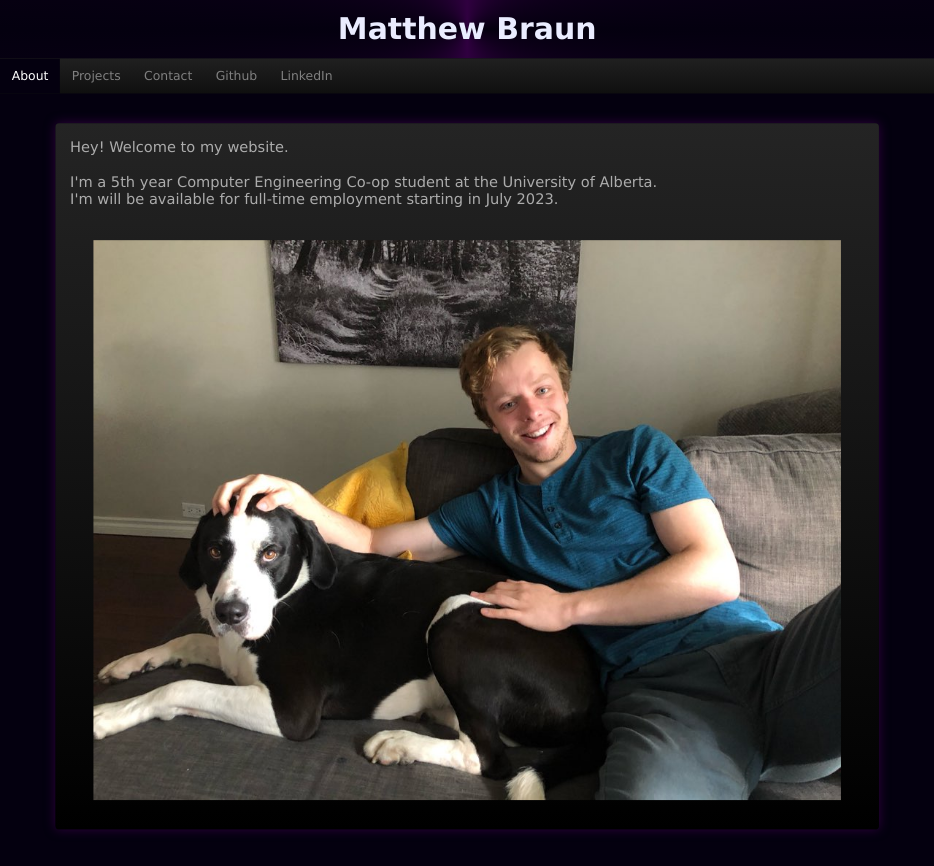
Repository: mjbraun95/MyPersonalWebsite
Page: http://localhost/
The author's editor kept a copy of each file at every save. The page is drawn from the files as they stood at one save, then again after the next save.
The browser window is 1280 px wide. The pictures show the whole page, at 73% of full size.
The page is run by PHP 8.4 with error messages shown; the project is at /var/www/html/.

Above is the page before, as saved 2023-06-19 18:16:32.

After the next save:
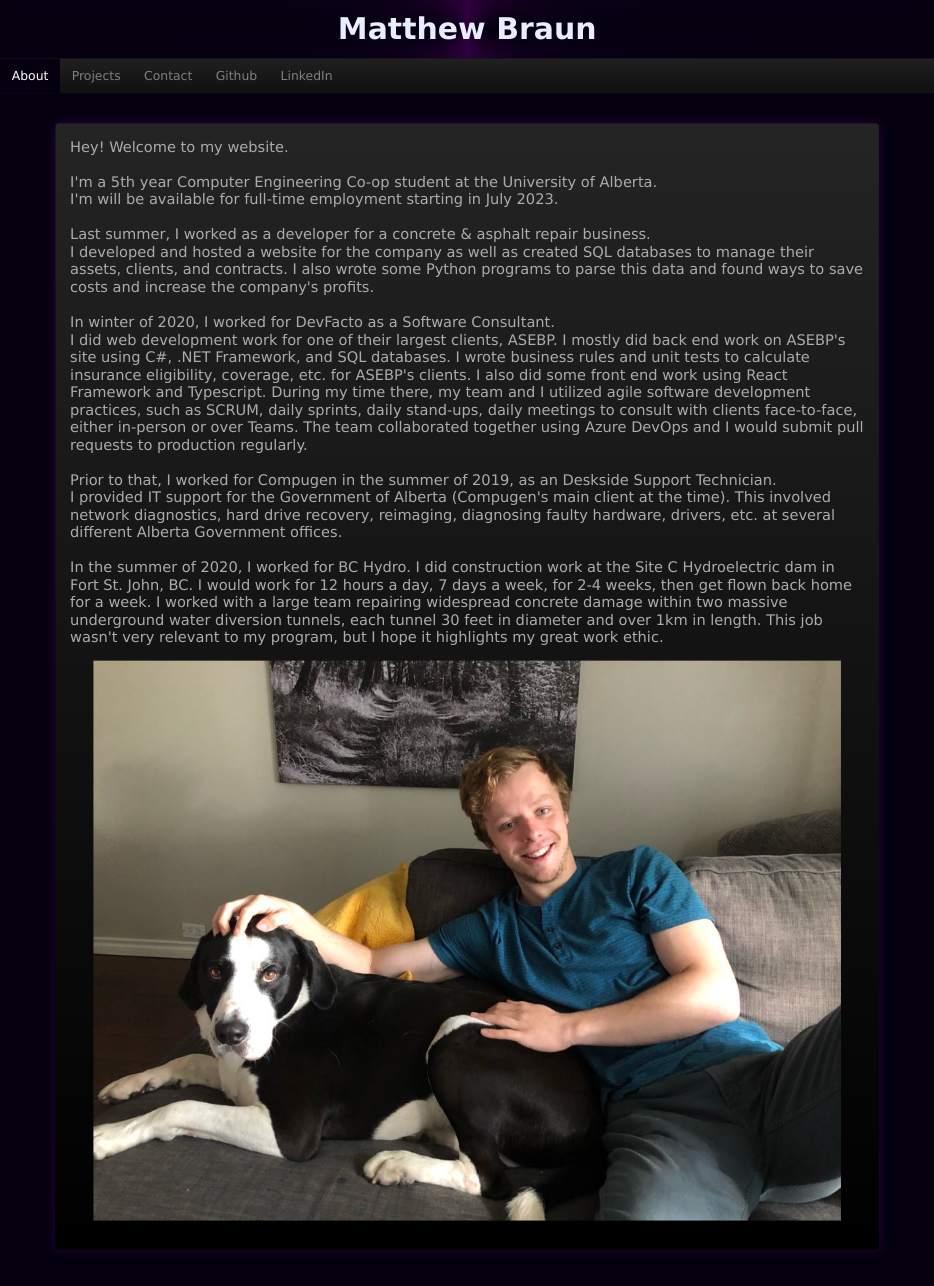
Saved 4 days later.
--- a/html/index.php
+++ b/html/index.php
@@ -23,7 +23,7 @@
         I'm a 5th year Computer Engineering Co-op student at the University of Alberta. <br>
         I'm will be available for full-time employment starting in July 2023. <br><br>
 
-        <!-- Last summer, I worked as a developer for a concrete & asphalt repair business. <br>
+        Last summer, I worked as a developer for a concrete & asphalt repair business. <br>
         I developed and hosted a website for the company as well as created SQL databases to manage their assets, clients, and contracts. I also wrote some Python programs to parse this data and found ways to save costs and increase the company's profits. <br><br>
 
         In winter of 2020, I worked for DevFacto as a Software Consultant.<br>
@@ -32,7 +32,7 @@
         Prior to that, I worked for Compugen in the summer of 2019, as an Deskside Support Technician. <br>
         I provided IT support for the Government of Alberta (Compugen's main client at the time). This involved network diagnostics, hard drive recovery, reimaging, diagnosing faulty hardware, drivers, etc. at several different Alberta Government offices. <br><br>
 
-        In the summer of 2020, I worked for BC Hydro. I did construction work at the Site C Hydroelectric dam in Fort St. John, BC. I would work for 12 hours a day, 7 days a week, for 2-4 weeks, then get flown back home for a week. I worked with a large team repairing widespread concrete damage within two massive underground water diversion tunnels, each tunnel 30 feet in diameter and over 1km in length. This job wasn't very relevant to my program, but I hope it highlights my great work ethic. -->
+        In the summer of 2020, I worked for BC Hydro. I did construction work at the Site C Hydroelectric dam in Fort St. John, BC. I would work for 12 hours a day, 7 days a week, for 2-4 weeks, then get flown back home for a week. I worked with a large team repairing widespread concrete damage within two massive underground water diversion tunnels, each tunnel 30 feet in diameter and over 1km in length. This job wasn't very relevant to my program, but I hope it highlights my great work ethic.
 
     </p>
     <div class="fullBox">
